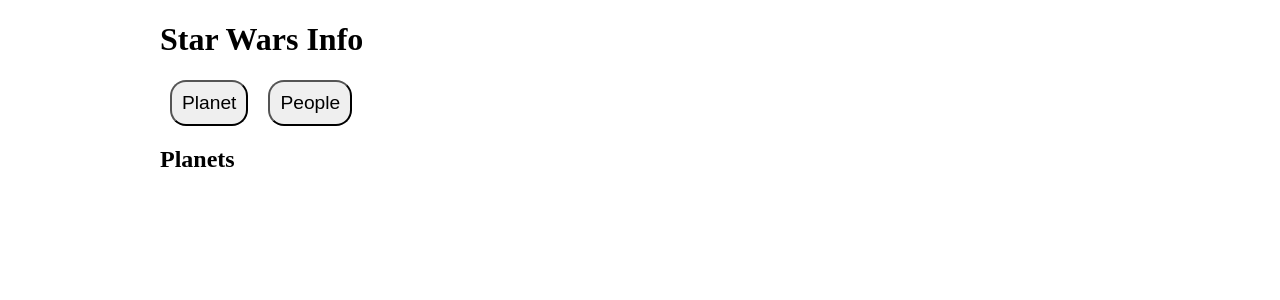
Repository: mireu-san/jikan-react-query
Page: /, after clicking the first element matching `button`
The author's editor kept a copy of each file at every save. The page is drawn from the files as they stood at one save, then again after the next save.
The browser window is 1280 px wide. The pictures show the whole page.
The project was rebuilt for these pictures with package versions that can differ from the ones it lists, and the page was loaded fresh each time.

Above is the page before, as saved 2022-11-29 19:30:06.

After the next save:
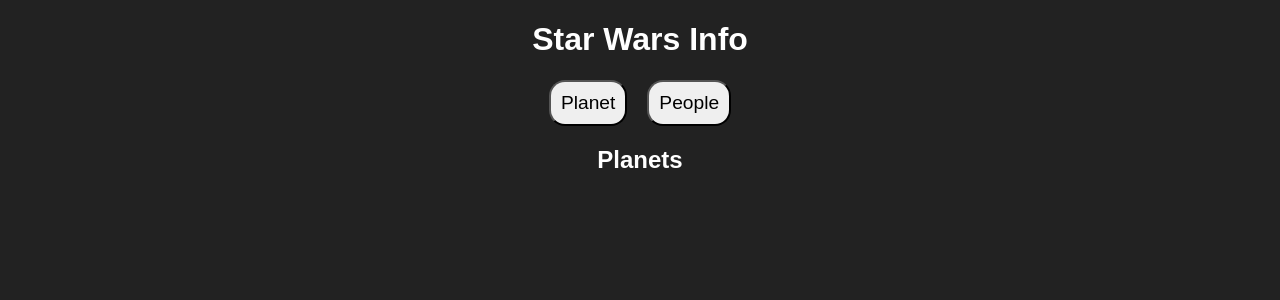
Saved 36 s later.
--- a/src/index.css
+++ b/src/index.css
@@ -1,3 +1,11 @@
+body {
+    margin: 0;
+    font-family: Arial, Helvetica, sans-serif;
+    background: #222;
+    color: white;
+    text-align: center;
+}
+
 .App {
     width: 960px;
     margin: 0 auto;
